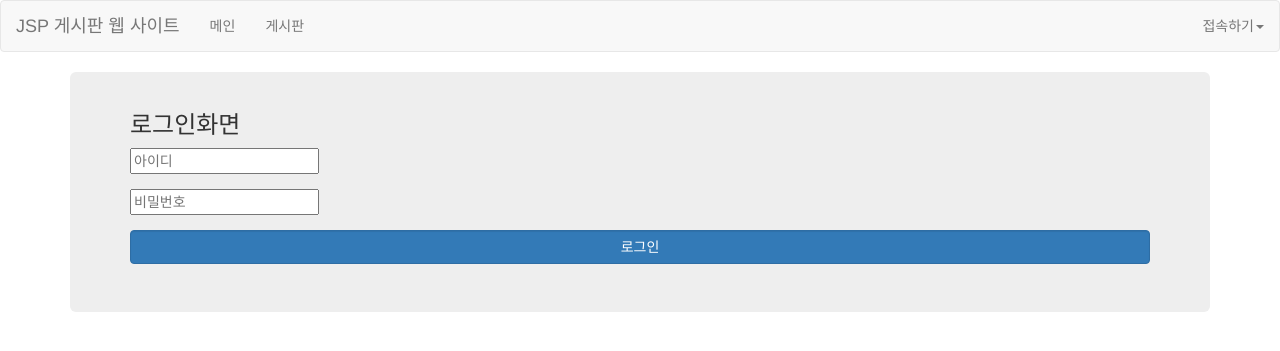
Repository: tykwon97/JSP
Page: http://localhost/BBS/bbs.jsp
The author's editor kept a copy of each file at every save. The page is drawn from the files as they stood at one save, then again after the next save.
The browser window is 1280 px wide. The pictures show the whole page.
Some web libraries are served in a nearby version. The page is served by Tomcat 9. Other server files are loaded and not shown.

Above is the page before, as saved 2021-01-28 07:08:02.

### projects/BBS/WebContent/bbs.jsp
<%@ page language="java" contentType="text/html; charset=UTF-8"
    pageEncoding="UTF-8"%>
<!DOCTYPE html>
<html>
<head>
<meta http-equiv="Content-Type" content="text/html"; charset="UTF-8">
<meta name = "viewport", content="width=device-width", initial-scale="1">
<link rel="stylesheet" href="css/bootstrap.css">
<title>JSP 게시판 웹 사이트</title>
</head>
<body>
	<nav class="navbar navbar-default">
		<div class="navbar-header">
			<button type="button" class="navbar-toggle collapsed" data-toggle="collapse" data-target="#bs-example-navbar-collapse-1"
			aria-expanded="false">
			<span calss="icon-bar"></span>
			<span calss="icon-bar"></span>
			<span calss="icon-bar"></span>
			</button>
			<a class="navbar-brand" href="main.jsp">JSP 게시판 웹 사이트</a>
		</div>
		<div class="collapse navbar-collapse" id = "bs-example-navbar-collapse-1">
			<ul class="nav navbar-nav">
				<li><a href="main.jsp">메인</a></li>
				<li><a href="bbs.jsp">게시판</a></li>
			</ul>
			<ul class="nav navbar-nav navbar-right">
				<li class = "dropdown">
					<a href="#" class = "dropdown-toggle" data-toggle = "dropdown" role = "button" aria-haspopup="true" aria-expanded="false">
					접속하기<span class="caret"></span> <!-- 아이콘 -->
					</a>
					<ul class="dropdown-menu">
						<li class="active"><a href="login.jsp">로그인</a></li> <!-- class="active" : 현재 선택이 됨 -->
						<li ><a href="join.jsp">회원가입</a></li>
					</ul>
				</li>

			</ul>
		</div>
	</nav>

	<div class="container">
		<div class ="col-lg-4"></div>
		<div class ="col-lg-4"></div>
			<div class="jumbotron" style="padding-top : 20px;">
				<form method="post" action="loginAction.jsp">
					<h3 style = "text-align;center;">로그인화면</h3>
					<div class ="form-group">
						<input type="text" calss="form-control" placeholder="아이디" name = "userID" maxlength="20">
					</div>
					<div class ="form-group">
						<input type="password" calss="form-control" placeholder="비밀번호" name = "userPassword" maxlength="20">
					</div>
					<input type="submit" class="btn btn-primary form-control" value="로그인">
				</form>
			</div>
		<div class ="col-lg-4"></div>
	</div>
	<script src="https://code.jquery.com/jquery-3.1.1.min.js"></script>
	<script src="js/bootstrap.js"></script>
</body>
</html>

Loaded but not shown: projects/BBS/WebContent/css/bootstrap.css (library); projects/BBS/WebContent/js/bootstrap.js (library)

After the next save:
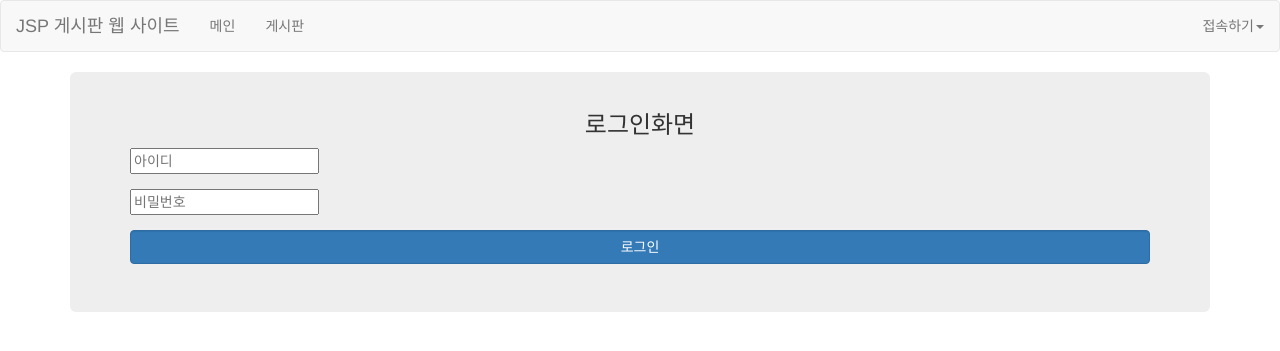
Saved 1 s later.
--- a/projects/BBS/WebContent/bbs.jsp
+++ b/projects/BBS/WebContent/bbs.jsp
@@ -44,7 +44,7 @@
 		<div class ="col-lg-4"></div>
 			<div class="jumbotron" style="padding-top : 20px;">
 				<form method="post" action="loginAction.jsp">
-					<h3 style = "text-align;center;">로그인화면</h3>
+					<h3 style = "text-align : center;">로그인화면</h3>
 					<div class ="form-group">
 						<input type="text" calss="form-control" placeholder="아이디" name = "userID" maxlength="20">
 					</div>
